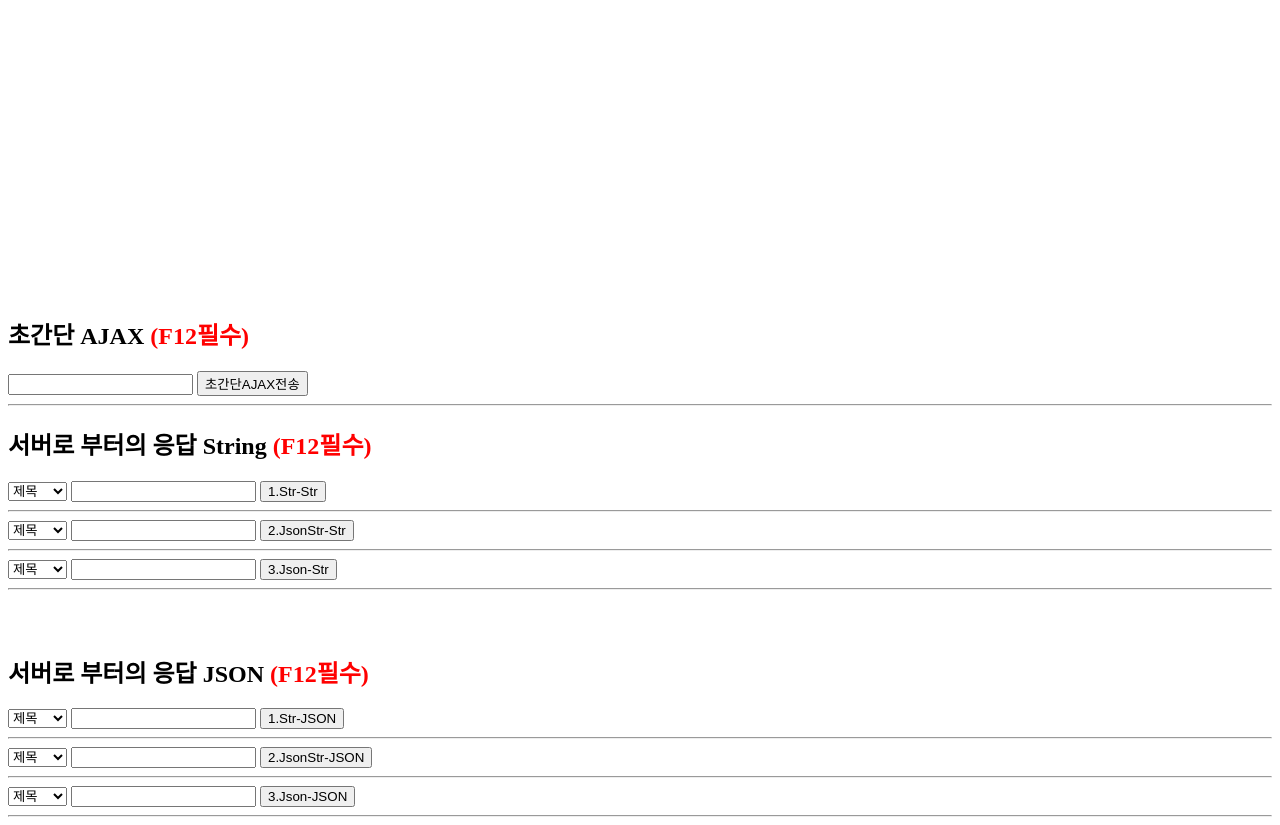
Repository: Won-Hyuk-Lee/kosta_java
Page: http://localhost/web_prj/lec_rest.jsp
These files come from the project's save history. The page is drawn as it stood at one moment and after the next save; the edit follows.
The browser window is 1280 px wide. The pictures show the whole page.
The page is served by Tomcat 9. Nobody is signed in. The application's start-up code is not run.

Above is the page before, as saved 2024-05-27 08:45:45.

After the next save:
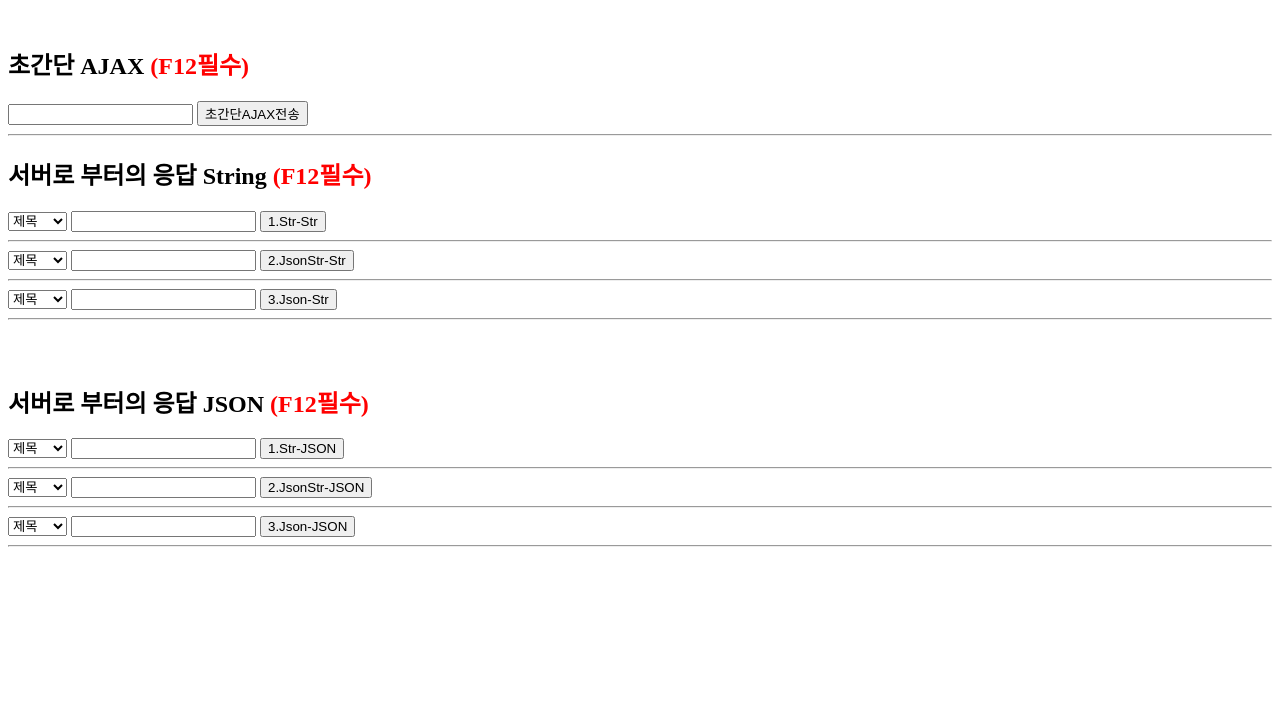
Saved 25 s later.
--- a/web_prj/src/main/webapp/lec_rest.jsp
+++ b/web_prj/src/main/webapp/lec_rest.jsp
@@ -43,7 +43,7 @@
 	  });
 
 -->
-<br><br><br><br><br><br><br><br><br><br><br><br><br><br><br><br>
+<br>
 <!--  ##################### 서버로 부터의 응답 String #######################  -->
 <h2>초간단 AJAX <font color=red>(F12필수)</font></h2>
 <form id="Str_Str_Form" >
